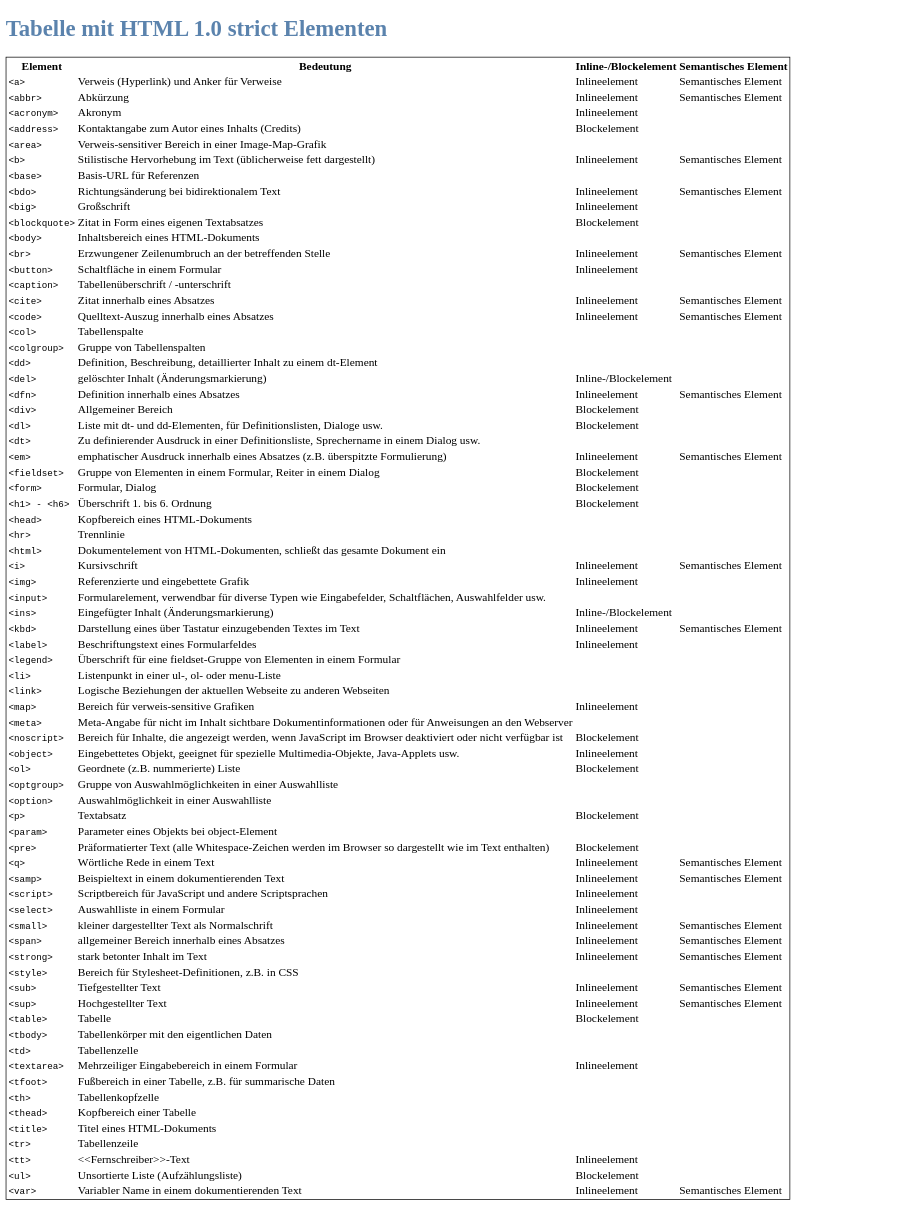
Repository: pLurchi/MyWebengineeringRepo
Page: RemoteSystemsTempFiles/HA-Kapitel06/WebContent/index.html
The author's editor kept a copy of each file at every save. The page is drawn from the files as they stood at one save, then again after the next save.
The browser window is 1280 px wide. The pictures show the whole page, at 71% of full size.

Above is the page before, as saved 2013-11-28 18:57:35.

### RemoteSystemsTempFiles/HA-Kapitel06/WebContent/index.html
<?xml version="1.0" encoding="UTF-8" ?>
<!DOCTYPE html PUBLIC "-//W3C//DTD XHTML 1.0 Strict//EN" "http://www.w3.org/TR/xhtml1/DTD/xhtml1-strict.dtd">
<html xmlns="http://www.w3.org/1999/xhtml">
<head>
<meta http-equiv="Content-Type" content="text/html; charset=UTF-8" />
<link type="text/css" rel="stylesheet" href="CSS/stylesheet.css" />

<title>HA-Kapitel06</title>
</head>
<body>

	<h1>Tabelle mit HTML 1.0 strict Elementen</h1>

	<table class="wiki-content-table">
		<colgroup>
    		<col width="1*">
    		<col width="3*">
    		<col width="1*">
		    <col width="1*">
  		</colgroup>
		<tr>
			<th>Element</th>
			<th>Bedeutung</th>
			<th>Inline-/Blockelement</th>
			<th>Semantisches Element</th>
		</tr>

		<tr>
			<td><tt>&lt;a&gt;</tt></td>
			<td>Verweis (Hyperlink) und Anker für Verweise</td>
			<td>Inlineelement</td>
			<td>Semantisches Element</td>
		</tr>
		<tr>
			<td><tt>&lt;abbr&gt;</tt></td>
			<td>Abkürzung</td>
			<td>Inlineelement</td>
			<td>Semantisches Element</td>
		</tr>
		<tr>
			<td><tt>&lt;acronym&gt;</tt></td>
			<td>Akronym</td>
			<td>Inlineelement</td>
			<td></td>
		</tr>
		<tr>
			<td><tt>&lt;address&gt;</tt></td>
			<td>Kontaktangabe zum Autor eines Inhalts (Credits)</td>
			<td>Blockelement</td>
			<td></td>
		</tr>
		<tr>
			<td><tt>&lt;area&gt;</tt></td>
			<td>Verweis-sensitiver Bereich in einer Image-Map-Grafik</td>
			<td></td>
			<td></td>
		</tr>
		<tr>
			<td><tt>&lt;b&gt;</tt></td>
			<td>Stilistische Hervorhebung im Text (üblicherweise fett dargestellt)</td>
			<td>Inlineelement</td>
			<td>Semantisches Element</td>
		</tr>
		<tr>
			<td><tt>&lt;base&gt;</tt></td>
			<td>Basis-URL für Referenzen</td>
			<td></td>
			<td></td>
		</tr>
		<tr>
			<td><tt>&lt;bdo&gt;</tt></td>
			<td>Richtungsänderung bei bidirektionalem Text</td>
			<td>Inlineelement</td>
			<td>Semantisches Element</td>
		</tr>
		<tr>
			<td><tt>&lt;big&gt;</tt></td>
			<td>Großschrift</td>
			<td>Inlineelement</td>
			<td></td>
		</tr>
		<tr>
			<td><tt>&lt;blockquote&gt;</tt></td>
			<td>Zitat in Form eines eigenen Textabsatzes</td>
			<td>Blockelement</td>
			<td></td>
		</tr>
		<tr>
			<td><tt>&lt;body&gt;</tt></td>
			<td>Inhaltsbereich eines HTML-Dokuments</td>
			<td></td>
			<td></td>
		</tr>
		<tr>
			<td><tt>&lt;br&gt;</tt></td>
			<td>Erzwungener Zeilenumbruch an der betreffenden Stelle</td>
			<td>Inlineelement</td>
			<td>Semantisches Element</td>
		</tr>
		<tr>
			<td><tt>&lt;button&gt;</tt></td>
			<td>Schaltfläche in einem Formular</td>
			<td>Inlineelement</td>
			<td></td>
		</tr>
		<tr>
			<td><tt>&lt;caption&gt;</tt></td>
			<td>Tabellenüberschrift / -unterschrift</td>
			<td></td>
			<td></td>
		</tr>
		<tr>
			<td><tt>&lt;cite&gt;</tt></td>
			<td>Zitat innerhalb eines Absatzes</td>
			<td>Inlineelement</td>
			<td>Semantisches Element</td>
		</tr>
		<tr>
			<td><tt>&lt;code&gt;</tt></td>
			<td>Quelltext-Auszug innerhalb eines Absatzes</td>
			<td>Inlineelement</td>
			<td>Semantisches Element</td>
		</tr>
		<tr>
			<td><tt>&lt;col&gt;</tt></td>
			<td>Tabellenspalte</td>
			<td></td>
			<td></td>
		</tr>
		<tr>
			<td><tt>&lt;colgroup&gt;</tt></td>
			<td>Gruppe von Tabellenspalten</td>
			<td></td>
			<td></td>
		</tr>
		<tr>
			<td><tt>&lt;dd&gt;</tt></td>
			<td>Definition, Beschreibung, detaillierter Inhalt zu einem dt-Element</td>
			<td></td>
			<td></td>
		</tr>
		<tr>
			<td><tt>&lt;del&gt;</tt></td>
			<td>gelöschter Inhalt (Änderungsmarkierung)</td>
			<td>Inline-/Blockelement</td>
			<td></td>
		</tr>
		<tr>
			<td><tt>&lt;dfn&gt;</tt></td>
			<td>Definition innerhalb eines Absatzes</td>
			<td>Inlineelement</td>
			<td>Semantisches Element</td>
		</tr>
		<tr>
			<td><tt>&lt;div&gt;</tt></td>
			<td>Allgemeiner Bereich</td>
			<td>Blockelement</td>
			<td></td>
		</tr>
		<tr>
			<td><tt>&lt;dl&gt;</tt></td>
			<td>Liste mit dt- und dd-Elementen, für Definitionslisten, Dialoge usw.</td>
			<td>Blockelement</td>
			<td></td>
		</tr>
		<tr>
			<td><tt>&lt;dt&gt;</tt></td>
			<td>Zu definierender Ausdruck in einer Definitionsliste, Sprechername in einem Dialog usw.</td>
			<td></td>
			<td></td>
		</tr>
		<tr>
			<td><tt>&lt;em&gt;</tt></td>
			<td>emphatischer Ausdruck innerhalb eines Absatzes (z.B. überspitzte Formulierung)</td>
			<td>Inlineelement</td>
			<td>Semantisches Element</td>
		</tr>
		<tr>
			<td><tt>&lt;fieldset&gt;</tt></td>
			<td>Gruppe von Elementen in einem Formular, Reiter in einem Dialog</td>
			<td>Blockelement</td>
			<td></td>
		</tr>
		<tr>
			<td><tt>&lt;form&gt;</tt></td>
			<td>Formular, Dialog</td>
			<td>Blockelement</td>
			<td></td>
		</tr>
		<tr>
			<td><tt>&lt;h1&gt; - &lt;h6&gt;</tt></td>
			<td>Überschrift 1. bis 6. Ordnung</td>
			<td>Blockelement</td>
			<td></td>
		</tr>
		<tr>
			<td><tt>&lt;head&gt;</tt></td>
			<td>Kopfbereich eines HTML-Dokuments</td>
			<td></td>
			<td></td>
		</tr>
		<tr>
			<td><tt>&lt;hr&gt;</tt></td>
			<td>Trennlinie</td>
			<td></td>
			<td></td>
		</tr>
		<tr>
			<td><tt>&lt;html&gt;</tt></td>
			<td>Dokumentelement von HTML-Dokumenten, schließt das gesamte Dokument ein</td>
			<td></td>
			<td></td>
		</tr>
		<tr>
			<td><tt>&lt;i&gt;</tt></td>
			<td>Kursivschrift</td>
			<td>Inlineelement</td>
			<td>Semantisches Element</td>
		</tr>
		<tr>
			<td><tt>&lt;img&gt;</tt></td>
			<td>Referenzierte und eingebettete Grafik</td>
			<td>Inlineelement</td>
			<td></td>
		</tr>
		<tr>
			<td><tt>&lt;input&gt;</tt></td>
			<td>Formularelement, verwendbar für diverse Typen wie Eingabefelder, Schaltflächen, Auswahlfelder usw.</td>
			<td></td>
			<td></td>
		</tr>
		<tr>
			<td><tt>&lt;ins&gt;</tt></td>
			<td>Eingefügter Inhalt (Änderungsmarkierung)</td>
			<td>Inline-/Blockelement</td>
			<td></td>
		</tr>
		<tr>
			<td><tt>&lt;kbd&gt;</tt></td>
			<td>Darstellung eines über Tastatur einzugebenden Textes im Text</td>
			<td>Inlineelement</td>
			<td>Semantisches Element</td>
		</tr>
		<tr>
			<td><tt>&lt;label&gt;</tt></td>
			<td>Beschriftungstext eines Formularfeldes</td>
			<td>Inlineelement</td>
			<td></td>
		</tr>
		<tr>
			<td><tt>&lt;legend&gt;</tt></td>
			<td>Überschrift für eine fieldset-Gruppe von Elementen in einem Formular</td>
			<td></td>
			<td></td>
		</tr>
		<tr>
			<td><tt>&lt;li&gt;</tt></td>
			<td>Listenpunkt in einer ul-, ol- oder menu-Liste</td>
			<td></td>
			<td></td>
		</tr>
		<tr>
			<td><tt>&lt;link&gt;</tt></td>
			<td>Logische Beziehungen der aktuellen Webseite zu anderen Webseiten</td>
			<td></td>
			<td></td>
		</tr>
		<tr>
			<td><tt>&lt;map&gt;</tt></td>
			<td>Bereich für verweis-sensitive Grafiken</td>
			<td>Inlineelement</td>
			<td></td>
		</tr>
		<tr>
			<td><tt>&lt;meta&gt;</tt></td>
			<td>Meta-Angabe für nicht im Inhalt sichtbare Dokumentinformationen oder für Anweisungen an den Webserver</td>
			<td></td>
			<td></td>
		</tr>
		<tr>
			<td><tt>&lt;noscript&gt;</tt></td>
			<td>Bereich für Inhalte, die angezeigt werden, wenn JavaScript im Browser deaktiviert oder nicht verfügbar ist</td>
			<td>Blockelement</td>
			<td></td>
		</tr>
		<tr>
			<td><tt>&lt;object&gt;</tt></td>
			<td>Eingebettetes Objekt, geeignet für spezielle Multimedia-Objekte, Java-Applets usw.</td>
			<td>Inlineelement</td>
			<td></td>
		</tr>
		<tr>
			<td><tt>&lt;ol&gt;</tt></td>
			<td>Geordnete (z.B. nummerierte) Liste</td>
			<td>Blockelement</td>
			<td></td>
		</tr>
		<tr>
			<td><tt>&lt;optgroup&gt;</tt></td>
			<td>Gruppe von Auswahlmöglichkeiten in einer Auswahlliste</td>
			<td></td>
			<td></td>
		</tr>
		<tr>
			<td><tt>&lt;option&gt;</tt></td>
			<td>Auswahlmöglichkeit in einer Auswahlliste</td>
			<td></td>
			<td></td>
		</tr>
		<tr>
			<td><tt>&lt;p&gt;</tt></td>
			<td>Textabsatz</td>
			<td>Blockelement</td>
			<td></td>
		</tr>
		<tr>
			<td><tt>&lt;param&gt;</tt></td>
			<td>Parameter eines Objekts bei object-Element</td>
			<td></td>
			<td></td>
		</tr>
		<tr>
			<td><tt>&lt;pre&gt;</tt></td>
			<td>Präformatierter Text (alle Whitespace-Zeichen werden im Browser so dargestellt wie im Text enthalten)</td>
			<td>Blockelement</td>
			<td></td>
		</tr>
		<tr>
			<td><tt>&lt;q&gt;</tt></td>
			<td>Wörtliche Rede in einem Text</td>
			<td>Inlineelement</td>
			<td>Semantisches Element</td>
		</tr>
		<tr>
			<td><tt>&lt;samp&gt;</tt></td>
			<td>Beispieltext in einem dokumentierenden Text</td>
			<td>Inlineelement</td>
			<td>Semantisches Element</td>
		</tr>
		<tr>
			<td><tt>&lt;script&gt;</tt></td>
			<td>Scriptbereich für JavaScript und andere Scriptsprachen</td>
			<td>Inlineelement</td>
			<td></td>
		</tr>
		<tr>
			<td><tt>&lt;select&gt;</tt></td>
			<td>Auswahlliste in einem Formular</td>
			<td>Inlineelement</td>
			<td></td>
		</tr>
		<tr>
			<td><tt>&lt;small&gt;</tt></td>
			<td>kleiner dargestellter Text als Normalschrift</td>
			<td>Inlineelement</td>
			<td>Semantisches Element</td>
		</tr>
		<tr>
			<td><tt>&lt;span&gt;</tt></td>
			<td>allgemeiner Bereich innerhalb eines Absatzes</td>
			<td>Inlineelement</td>
			<td>Semantisches Element</td>
		</tr>
		<tr>
			<td><tt>&lt;strong&gt;</tt></td>
			<td>stark betonter Inhalt im Text</td>
			<td>Inlineelement</td>
			<td>Semantisches Element</td>
		</tr>
		<tr>
			<td><tt>&lt;style&gt;</tt></td>
			<td>Bereich für Stylesheet-Definitionen, z.B. in CSS</td>
			<td></td>
			<td></td>
		</tr>
		<tr>
			<td><tt>&lt;sub&gt;</tt></td>
			<td>Tiefgestellter Text</td>
			<td>Inlineelement</td>
			<td>Semantisches Element</td>
		</tr>
		<tr>
			<td><tt>&lt;sup&gt;</tt></td>
			<td>Hochgestellter Text</td>
			<td>Inlineelement</td>
			<td>Semantisches Element</td>
		</tr>
		<tr>
			<td><tt>&lt;table&gt;</tt></td>
			<td>Tabelle</td>
			<td>Blockelement</td>
			<td></td>
		</tr>
		<tr>
			<td><tt>&lt;tbody&gt;</tt></td>
			<td>Tabellenkörper mit den eigentlichen Daten</td>
			<td></td>
			<td></td>
		</tr>
		<tr>
			<td><tt>&lt;td&gt;</tt></td>
			<td>Tabellenzelle</td>
			<td></td>
			<td></td>
		</tr>
		<tr>
			<td><tt>&lt;textarea&gt;</tt></td>
			<td>Mehrzeiliger Eingabebereich in einem Formular</td>
			<td>Inlineelement</td>
			<td></td>
		</tr>
		<tr>
			<td><tt>&lt;tfoot&gt;</tt></td>
			<td>Fußbereich in einer Tabelle, z.B. für summarische Daten</td>
			<td></td>
			<td></td>
		</tr>
		<tr>
			<td><tt>&lt;th&gt;</tt></td>
			<td>Tabellenkopfzelle</td>
			<td></td>
			<td></td>
		</tr>
		<tr>
			<td><tt>&lt;thead&gt;</tt></td>
			<td>Kopfbereich einer Tabelle</td>
			<td></td>
			<td></td>
		</tr>
		<tr>
			<td><tt>&lt;title&gt;</tt></td>
			<td>Titel eines HTML-Dokuments</td>
			<td></td>
			<td></td>
		</tr>
		<tr>
			<td><tt>&lt;tr&gt;</tt></td>
			<td>Tabellenzeile</td>
			<td></td>
			<td></td>
		</tr>
		<tr>
			<td><tt>&lt;tt&gt;</tt></td>
			<td>&lt;&lt;Fernschreiber&gt;&gt;-Text</td>
			<td>Inlineelement</td>
			<td></td>
		</tr>
		<tr>
			<td><tt>&lt;ul&gt;</tt></td>
			<td>Unsortierte Liste (Aufzählungsliste)</td>
			<td>Blockelement</td>
			<td></td>
		</tr>
		<tr>
			<td><tt>&lt;var&gt;</tt></td>
			<td>Variabler Name in einem dokumentierenden Text</td>
			<td>Inlineelement</td>
			<td>Semantisches Element</td>
		</tr>
	</table>


</body>
</html>

### RemoteSystemsTempFiles/HA-Kapitel06/WebContent/CSS/stylesheet.css
@CHARSET "UTF-8";

/*Main Stylesheet of Web Eng G1 */



h1 {
	color: #5B83AD;
}

table {
	border: 1px solid black;
}

th {
	text-align: left top;
}

After the next save:
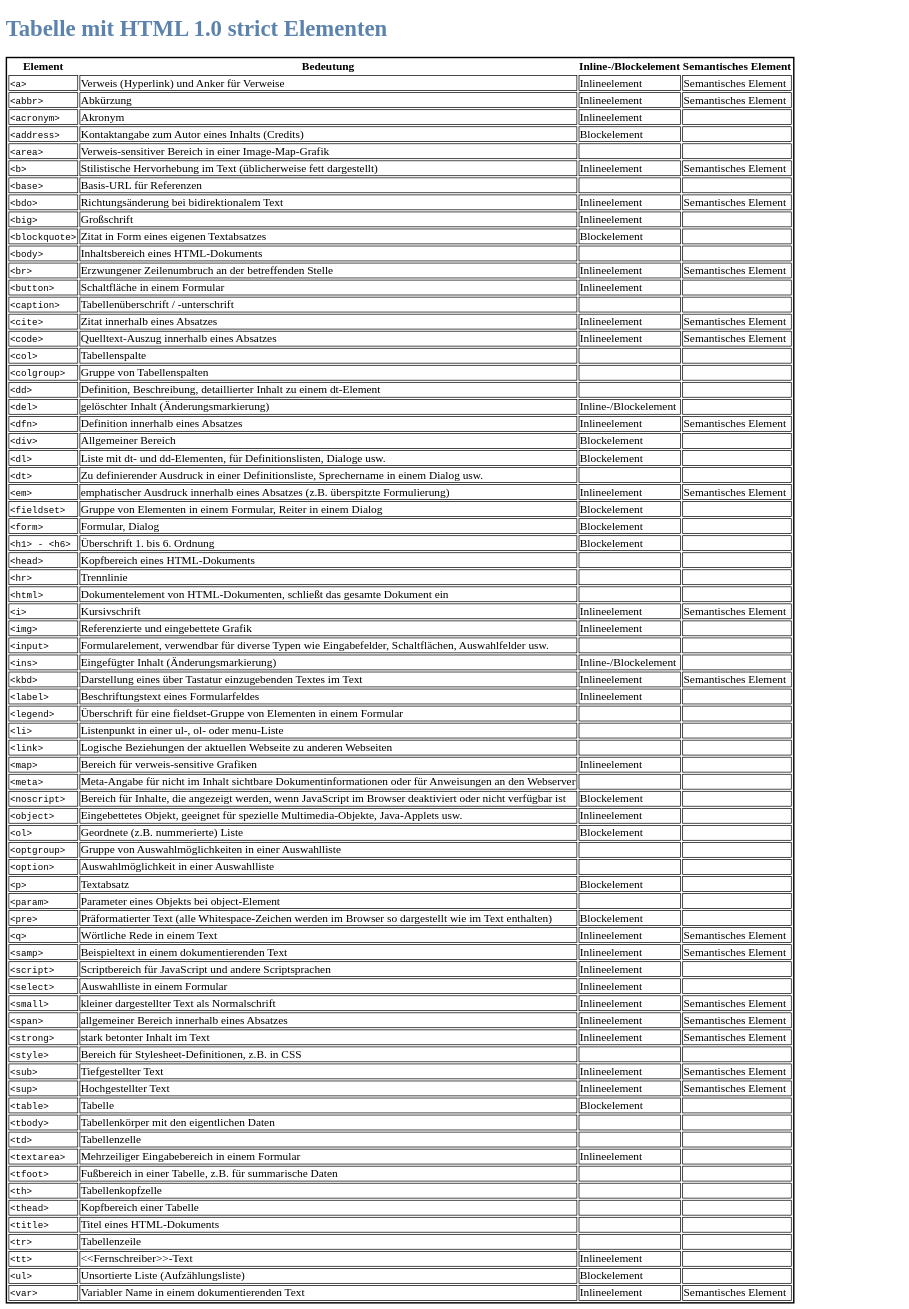
Saved 36 s later.
--- a/RemoteSystemsTempFiles/HA-Kapitel06/WebContent/CSS/stylesheet.css
+++ b/RemoteSystemsTempFiles/HA-Kapitel06/WebContent/CSS/stylesheet.css
@@ -9,6 +9,10 @@ h1 {
 }
 
 table {
+	border: 2px solid black;
+}
+
+td {
 	border: 1px solid black;
 }
 
